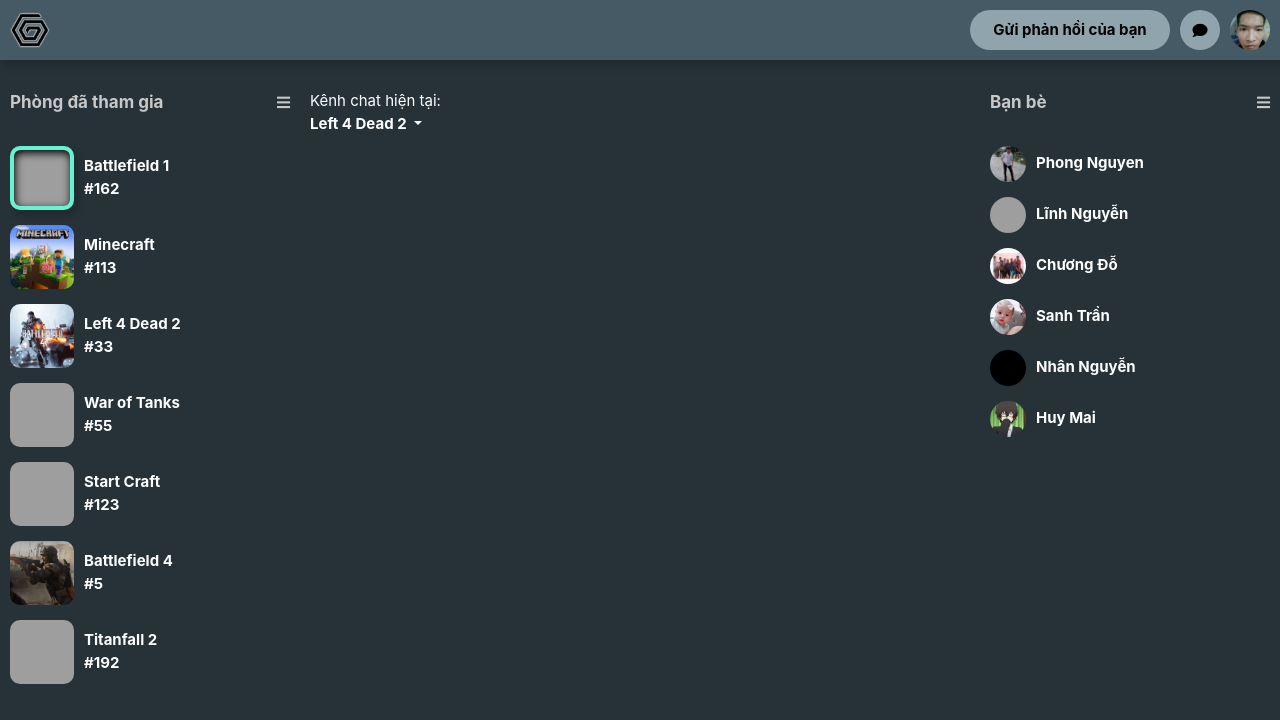
Repository: GammingCommnunity/docs
Page: web-layout/v2/html/index.html
An editor plug-in stored every save of this project. The page is shown before and after the next save, followed by the edit.
The browser window is 1280 px wide. The pictures show the whole page.
Pictures or frames that could not be fetched are drawn as grey boxes.

Above is the page before, as saved 2020-03-06 10:37:50.

After the next save:
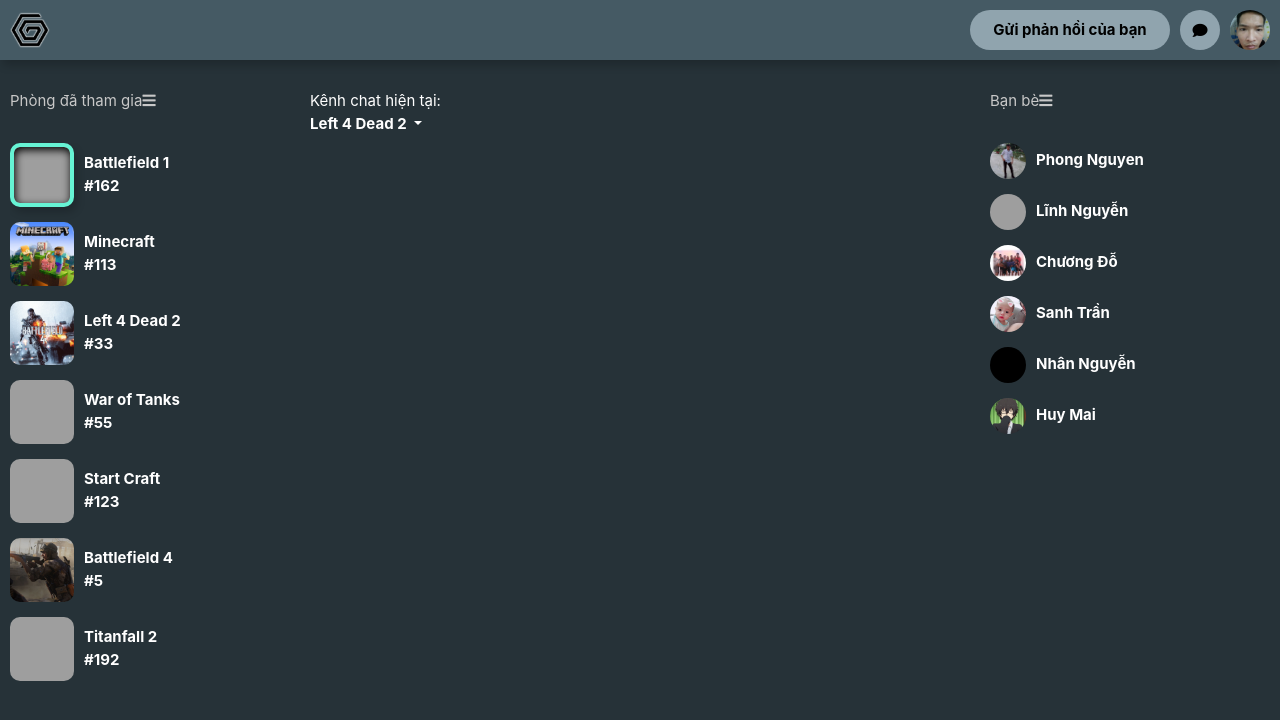
Saved 55 s later.
--- a/web-layout/v2/html/index.html
+++ b/web-layout/v2/html/index.html
@@ -334,8 +334,8 @@
 		<!-- joined room -->
 		<nav class="component-container">
 			<div class="component-head">
-				<label class="title">Phòng đã tham gia</label>
-				<div class="">
+				<label>Phòng đã tham gia</label>
+				<div>
 					<i class="fas fa-bars"></i>
 				</div>
 			</div>
@@ -405,7 +405,7 @@
 		<article>
 			<div class="game-channels-container">
 				<div class="game-channels-head">
-					<label class="title flex-grow-0">Kênh chat hiện tại:</label>
+					<label class="flex-grow-0">Kênh chat hiện tại:</label>
 					<div class="game-channels-list flex-grow-1 dropdown">
 						<label class="dropdown-toggle w-100 text-left" id="" data-toggle="dropdown" aria-haspopup="true"
 							aria-expanded="false">
@@ -431,8 +431,8 @@
 		<!-- friends -->
 		<nav class="component-container">
 			<div class="component-head">
-				<label class="title">Bạn bè</label>
-				<div class="">
+				<label>Bạn bè</label>
+				<div>
 					<i class="fas fa-bars"></i>
 				</div>
 			</div>

After the save that followed:
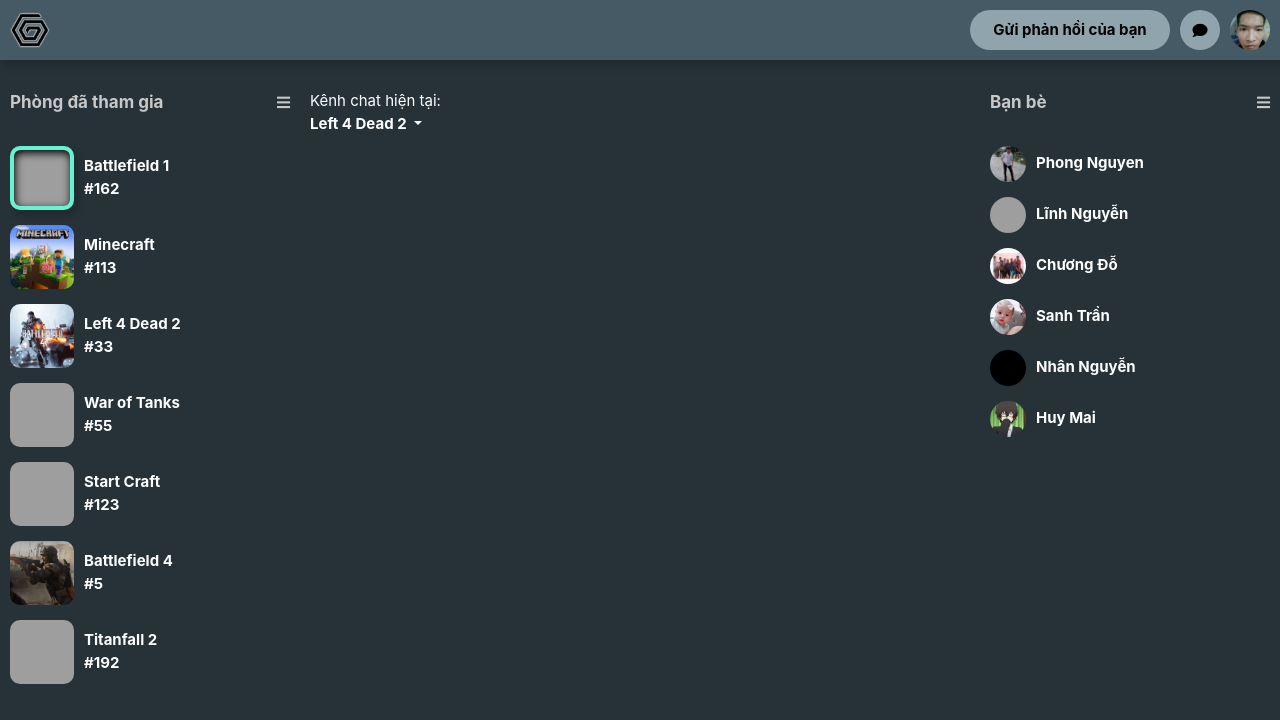
Saved 12 s later.
--- a/web-layout/v2/html/index.html
+++ b/web-layout/v2/html/index.html
@@ -120,7 +120,7 @@
 			color: var(--secondary-text);
 		}
 
-		.component-head .title {
+		.component-head label {
 			margin-right: 10px;
 			font-weight: bold;
 			font-size: var(--text-size-lg);
